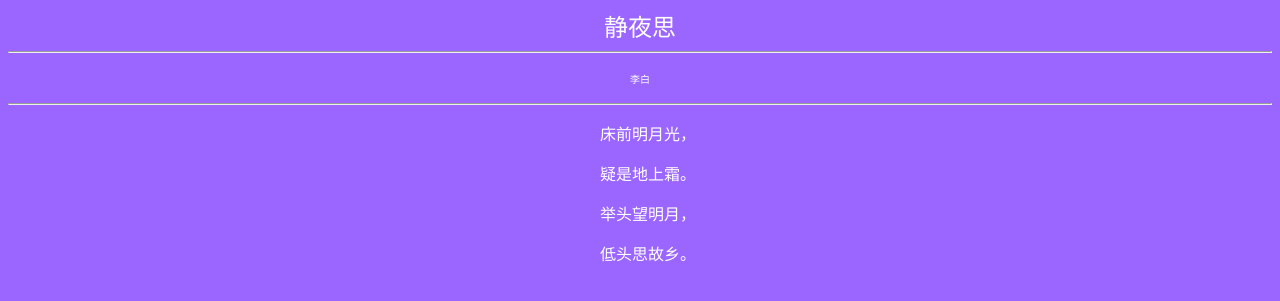
Repository: 13982720426/jsp-homework
Page: JSP实验课作业/JSP实验课1/sy2-5.html
The author's editor kept a copy of each file at every save. The page is drawn from the files as they stood at one save, then again after the next save.
The browser window is 1280 px wide. The pictures show the whole page.

Above is the page before, as saved 2021-04-21 20:24:23.

After the next save:
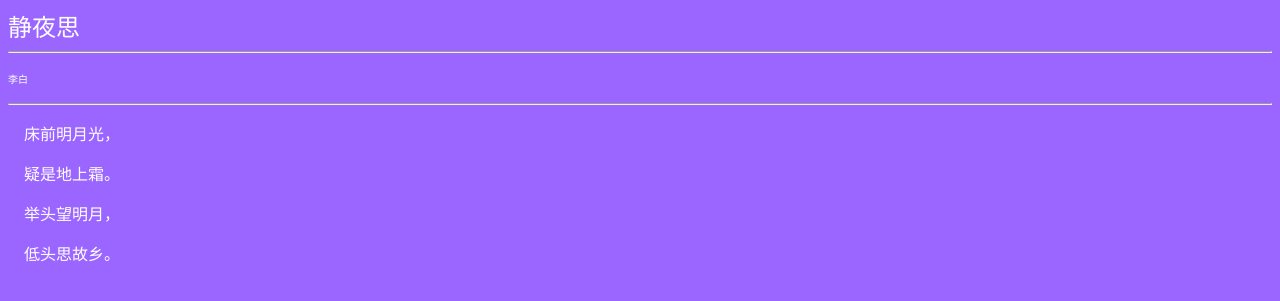
Saved 10 s later.
--- a/JSP实验课作业/JSP实验课1/sy2-5.html
+++ b/JSP实验课作业/JSP实验课1/sy2-5.html
@@ -4,11 +4,7 @@
 <head>
     <meta charset="utf-8" />
     <title></title>
-    <style>
-        .divcss {
-            text-align: center;
-        }
-    </style>
+
 </head>
 
 <body text=black bgcolor='#9b66ff'>
